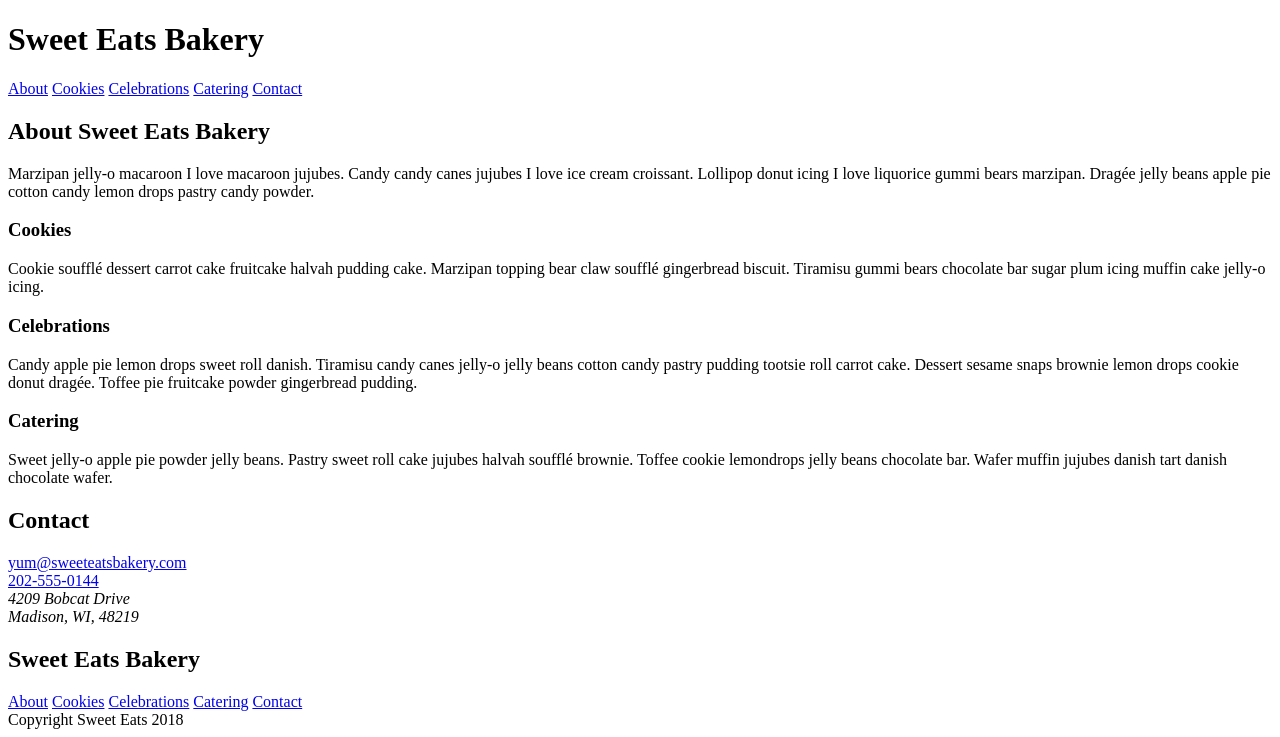
Repository: yoshimario/web-module-challenge-user-interface
Page: index.html
An editor plug-in stored every save of this project. The page is shown before and after a run of saves, followed by the edit.
The browser window is 1280 px wide. The pictures show the whole page.
Some web fonts or font styles are not loaded; a fallback is used.

Above is the page before, as saved 2023-05-15 12:55:38.

After the next 5 saves:
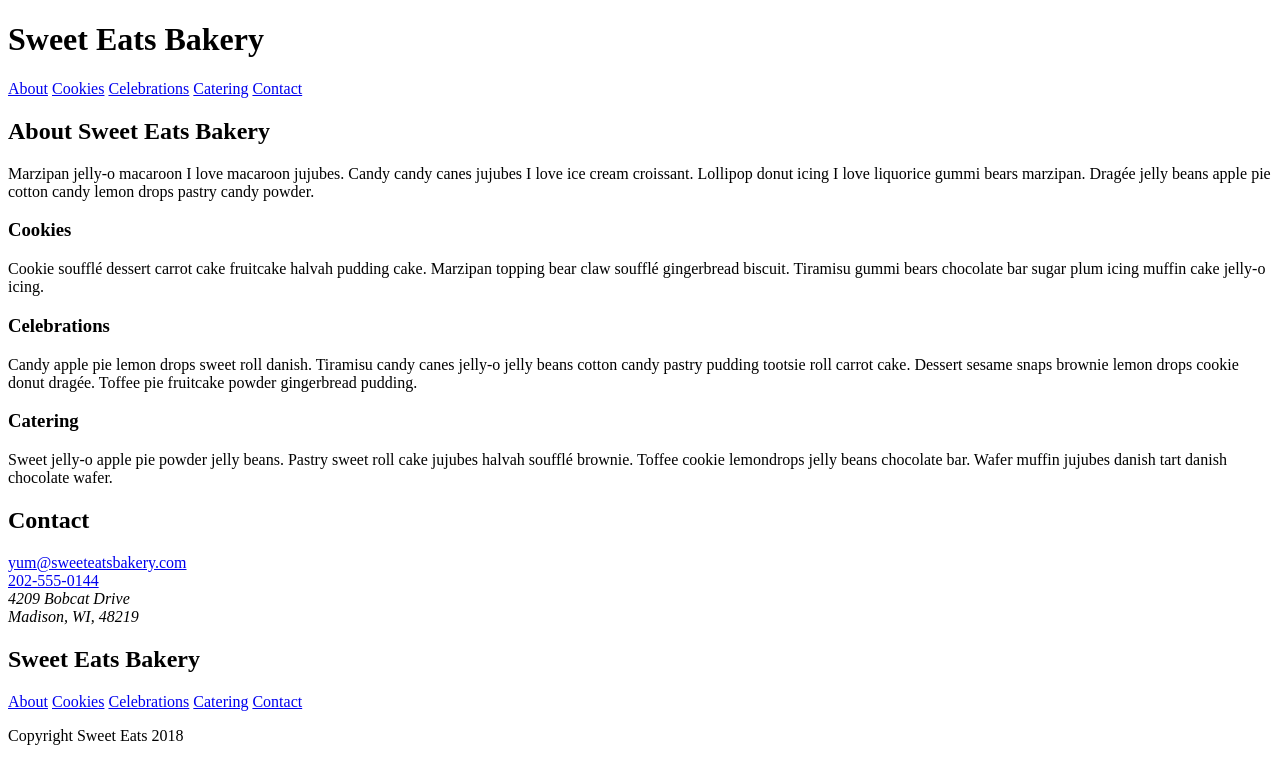
The 5 saves are shown as one change because they came seconds apart.
The last was saved 4 min 9 s later.
--- a/index.html
+++ b/index.html
@@ -77,7 +77,7 @@
             <a href="#">Catering</a>
             <a href="#">Contact</a>
         </nav>
-        Copyright Sweet Eats 2018
+        <p>Copyright Sweet Eats 2018</p>
     </footer>
 </body>
 
